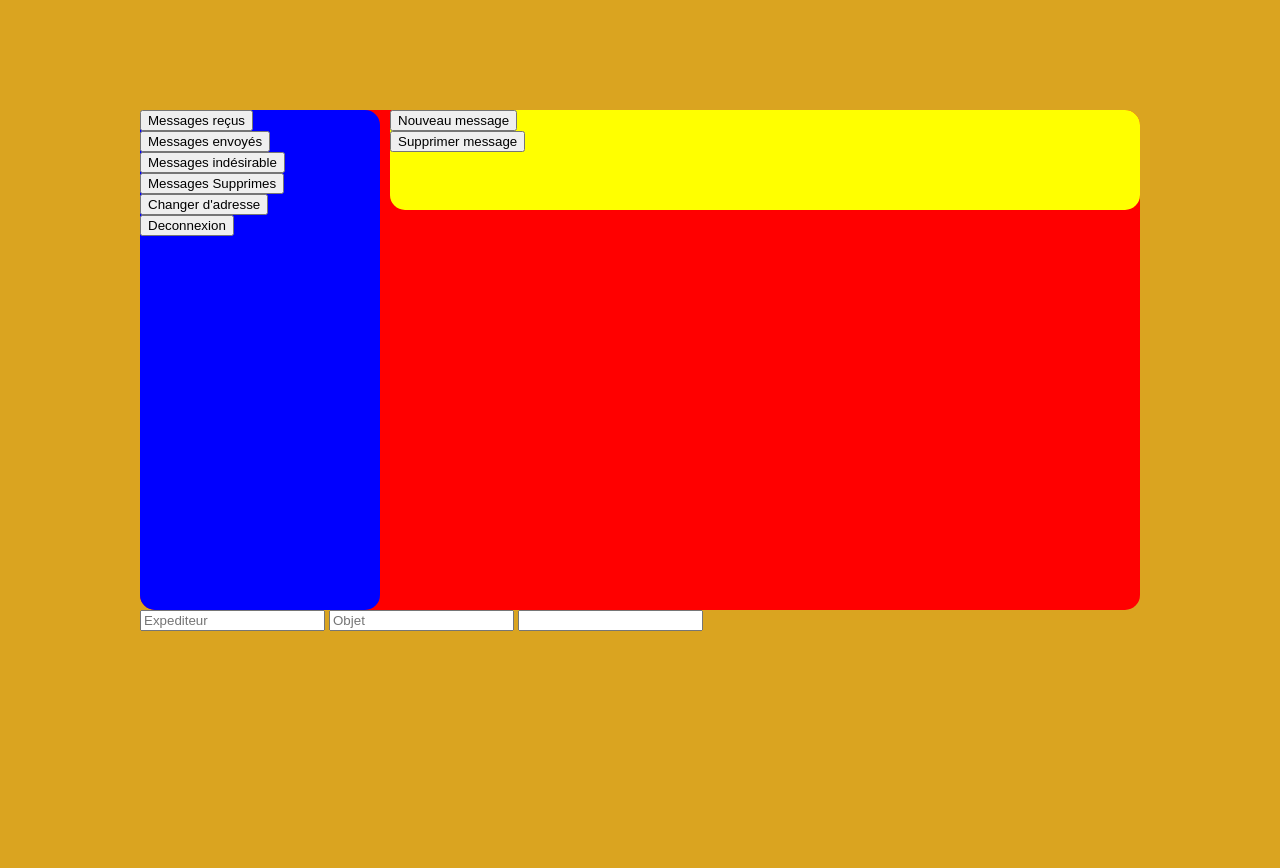
Repository: N1portekoi/JEE
Page: http://localhost/WebMail/JSP/Message.jsp
The author's editor kept a copy of each file at every save. The page is drawn from the files as they stood at one save, then again after the next save.
The browser window is 1280 px wide. The pictures show the whole page.
The page is served by Tomcat 9. Other server files are loaded and not shown.

Above is the page before, as saved 2017-01-12 03:11:13.

### WebMail/WebContent/JSP/Message.jsp
<%@ taglib uri="http://java.sun.com/jsp/jstl/core" prefix="c" %>
<!DOCTYPE html>
<html>
<head>
<meta charset="utf-8">
<title>Web Mail - Nouveau message</title>
<link type="text/css" rel="stylesheet" href="CSS/NouveauMessage.css" />
</head>
<body>
	<div id="main">
		<%@include file="includes/Menu.jsp" %>
		<div id="tools">
			<form method="GET" action="Adresses">
				<input type="submit"   value="Nouveau message" />
			</form>
			<form method="POST" action="Connexion">
				<input type="submit"   value="Supprimer message" />
			</form>
		</div>
		<form method="GET" action="MessagesRecus">
			<div id="message">
				<input name="expediteur" type="text" placeholder="Expediteur" maxlength="15">
				<input name="objet"      type="text" placeholder="Objet"      maxlength="40">
				<input name="message"    type="text" maxlength="250">
			</div>
		</form>
	</div>
</body>
</html>

### WebMail/WebContent/JSP/includes/Menu.jsp
<div id="menu">
	<p>${sessionScope.utilisateur.prenom}</p>
	<p>${sessionScope.utilisateur.nom}</p>
	<p>${sessionScope.adresse}</p>
	<form method="POST" action="MessagesRecus">
		<input type="submit"   value="Messages reçus" />
	</form>
	<form method="POST" action="MessagesEnvoyes">
		<input type="submit"   value="Messages envoyés" />
	</form>
	<form method="POST" action="MessagesIndesirables">
		<input type="submit"   value="Messages indésirable" />
	</form>
	<form method="POST" action="MessagesSupprimes">
		<input type="submit"   value="Messages Supprimes" />
	</form>
	<form method="POST" action="Adresses">
		<input type="submit"   value="Changer d'adresse" />
	</form>
	<form method="GET" action="Connexion">
		<input type="submit"   value="Deconnexion" />
	</form>
</div>

### WebMail/WebContent/CSS/NouveauMessage.css
body
{
	background-color : #daa420;
}

#main
{
	position : relative;
	background-color : red;
	height : 500px;
	width : 1000px;
	margin-left: auto;
	margin-right: auto;
	margin-top: 50vh;
  	transform: translateY(-50%);
}

#menu
{
	background-color : blue;
	height : 500px;
	width : 240px;
}

#tools
{
	position : absolute;
	top : 0px;
	left : 250px;
	background-color : yellow;
	height : 100px;
	width : 750px;
}

#messages
{
	position : absolute;
	background-color : green;
	height : 390px;
	width : 750px;
	top : 110px;
	left : 250px;
	overflow: auto;
}

#menuCompte
{
	background-color : pink;
}


div
{
	border-radius : 15px;
}

table
{
	background-color : white;
}

th, td
{
	border-bottom : 1px solid black;
}

.date
{
	width:150px;
	text-align:center;
}

.expediteur
{
	width:250px;
	text-align:center;
}

.objet
{
	width : 350px;
}

After the next save:
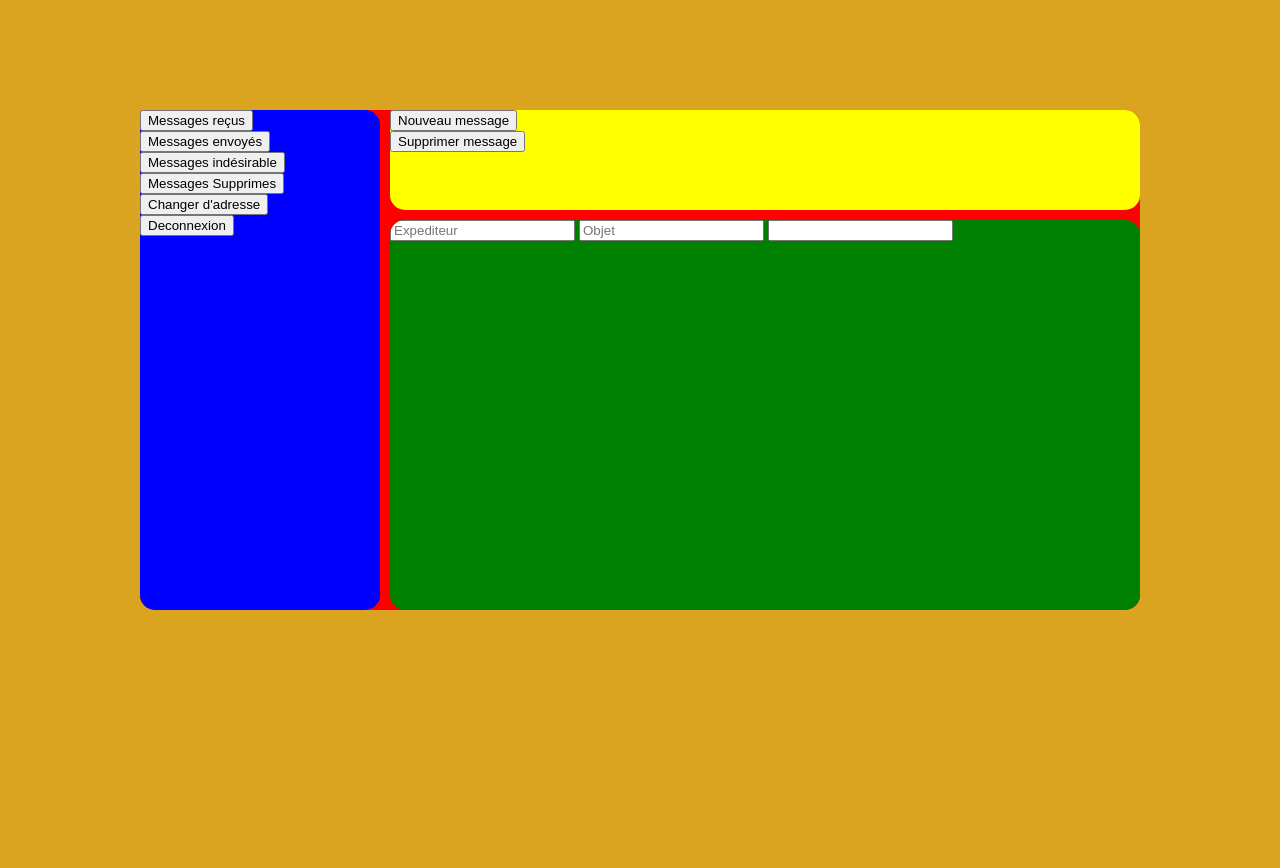
Saved 59 s later.
--- a/WebMail/WebContent/JSP/Message.jsp
+++ b/WebMail/WebContent/JSP/Message.jsp
@@ -18,7 +18,7 @@
 			</form>
 		</div>
 		<form method="GET" action="MessagesRecus">
-			<div id="message">
+			<div id="messages">
 				<input name="expediteur" type="text" placeholder="Expediteur" maxlength="15">
 				<input name="objet"      type="text" placeholder="Objet"      maxlength="40">
 				<input name="message"    type="text" maxlength="250">
